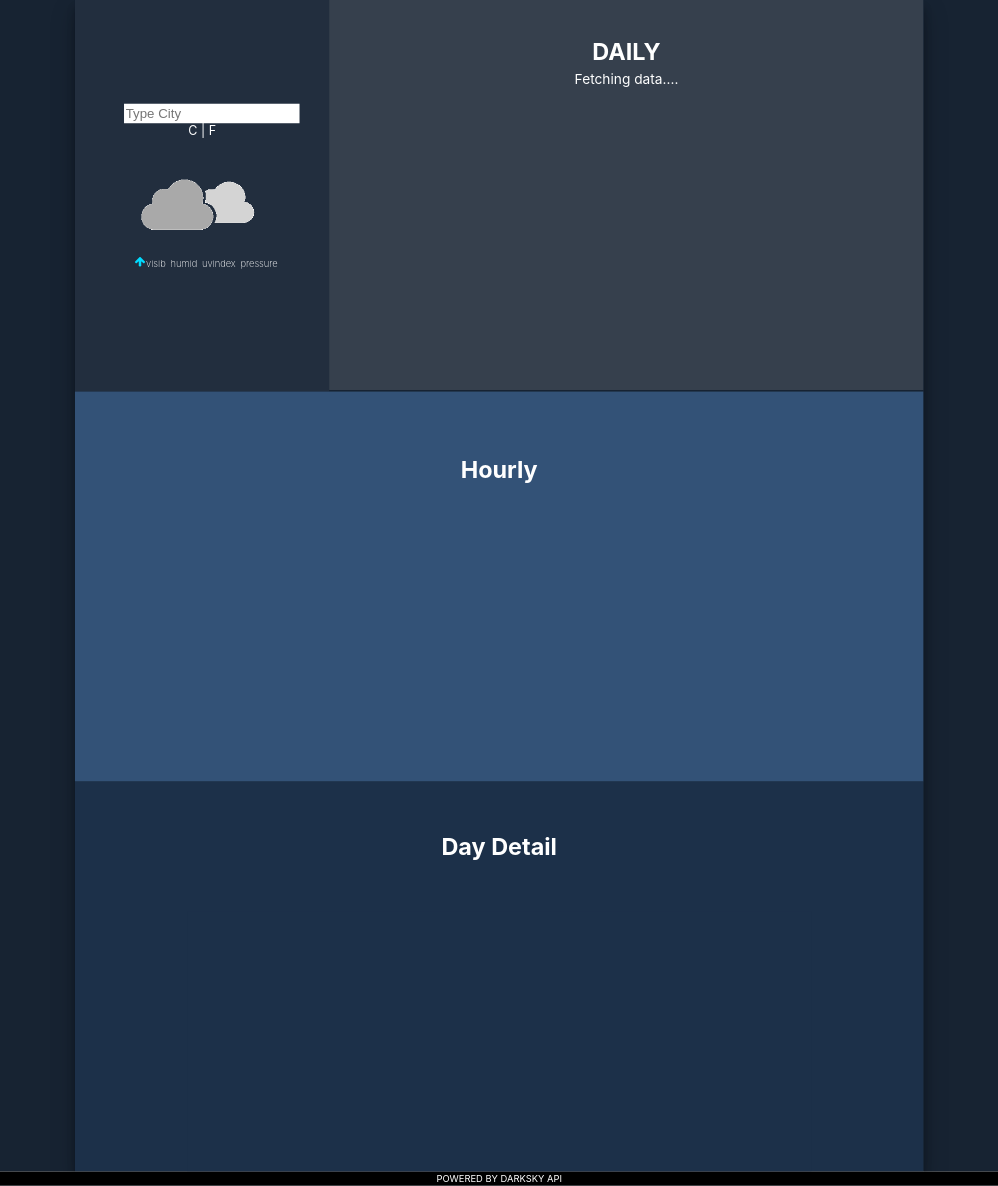
Repository: DOODpls/assignment3_weather
Page: index.html
The author's editor kept a copy of each file at every save. The page is drawn from the files as they stood at one save, then again after the next save.
The browser window is 1280 px wide. The pictures show the whole page, at 78% of full size.
Some web fonts or font styles are not loaded; a fallback is used. Some web libraries are served in a nearby version.

Above is the page before, as saved 2020-01-07 19:20:58.

After the next save:
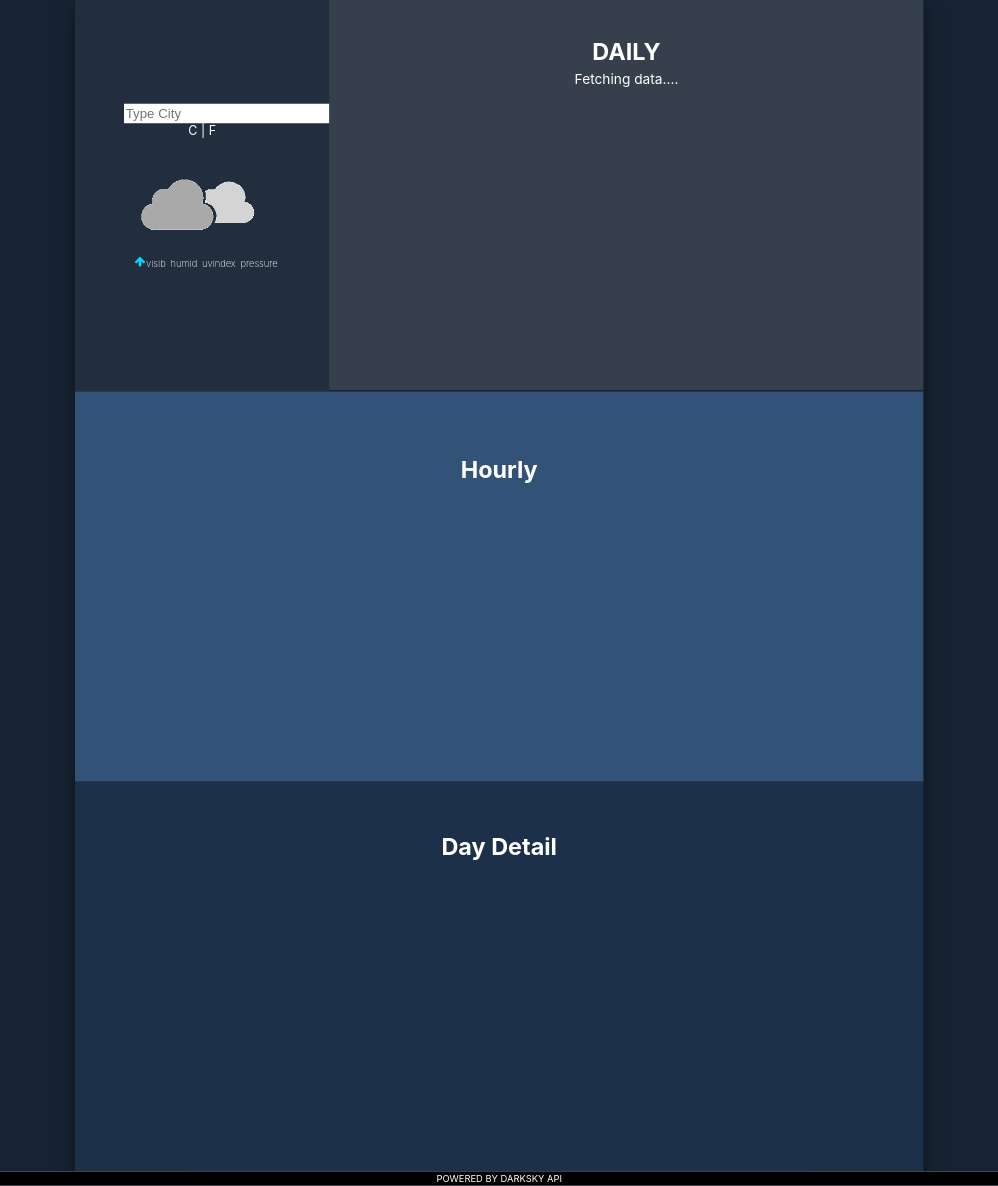
Saved 25 s later.
--- a/styles.css
+++ b/styles.css
@@ -136,7 +136,7 @@
 }
 .city-text{
   border-radius: 0px;
-  width: auto;
+  width: 300px;
   height: 25px;
   font-family: Arial, Helvetica, sans-serif;
   font-size: 17px;
